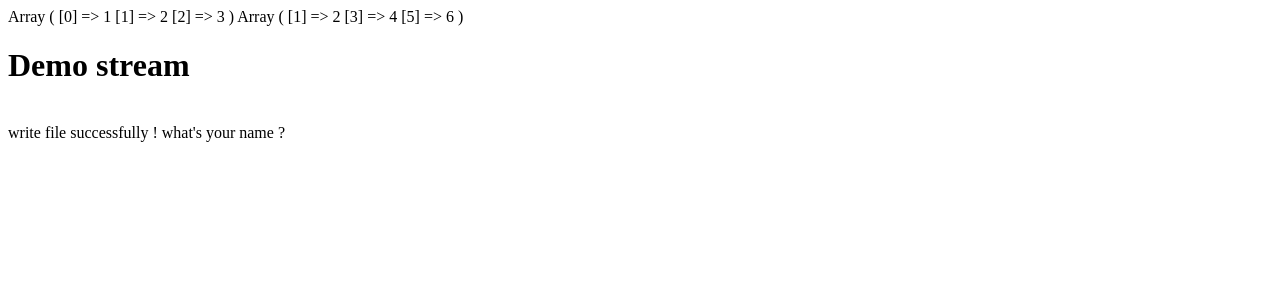
Repository: HoangLinh2001/PHP
Page: http://localhost/demoFunction.php
An editor plug-in stored every save of this project. The page is shown before and after the next save, followed by the edit.
The browser window is 1280 px wide. The pictures show the whole page.
The page is run by PHP 8.4 with error messages shown; the project is at /var/www/html/.

Above is the page before, as saved 2023-06-20 18:51:21.

After the next save:
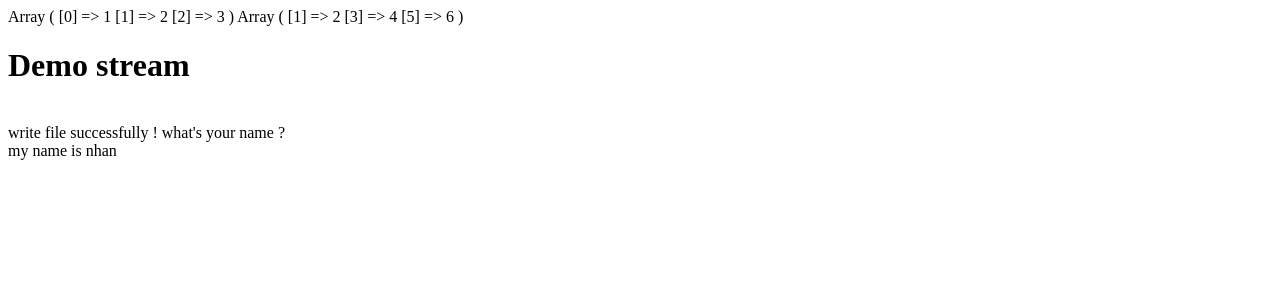
Saved 38 s later.
--- a/DEMOPHPBUOI2/demoFunction.php
+++ b/DEMOPHPBUOI2/demoFunction.php
@@ -19,7 +19,7 @@ $filePath = "example.txt";
 // write content to the file
 $fileHandle = fopen($filePath, "w");
 if ($fileHandle) {
-    $contentToWrite = "what's your name ? \n";
+    $contentToWrite = "what's your name ? <br> my name is nhan \n";
     fwrite($fileHandle, $contentToWrite);
     fclose($fileHandle);
     echo "write file successfully ! \n";
